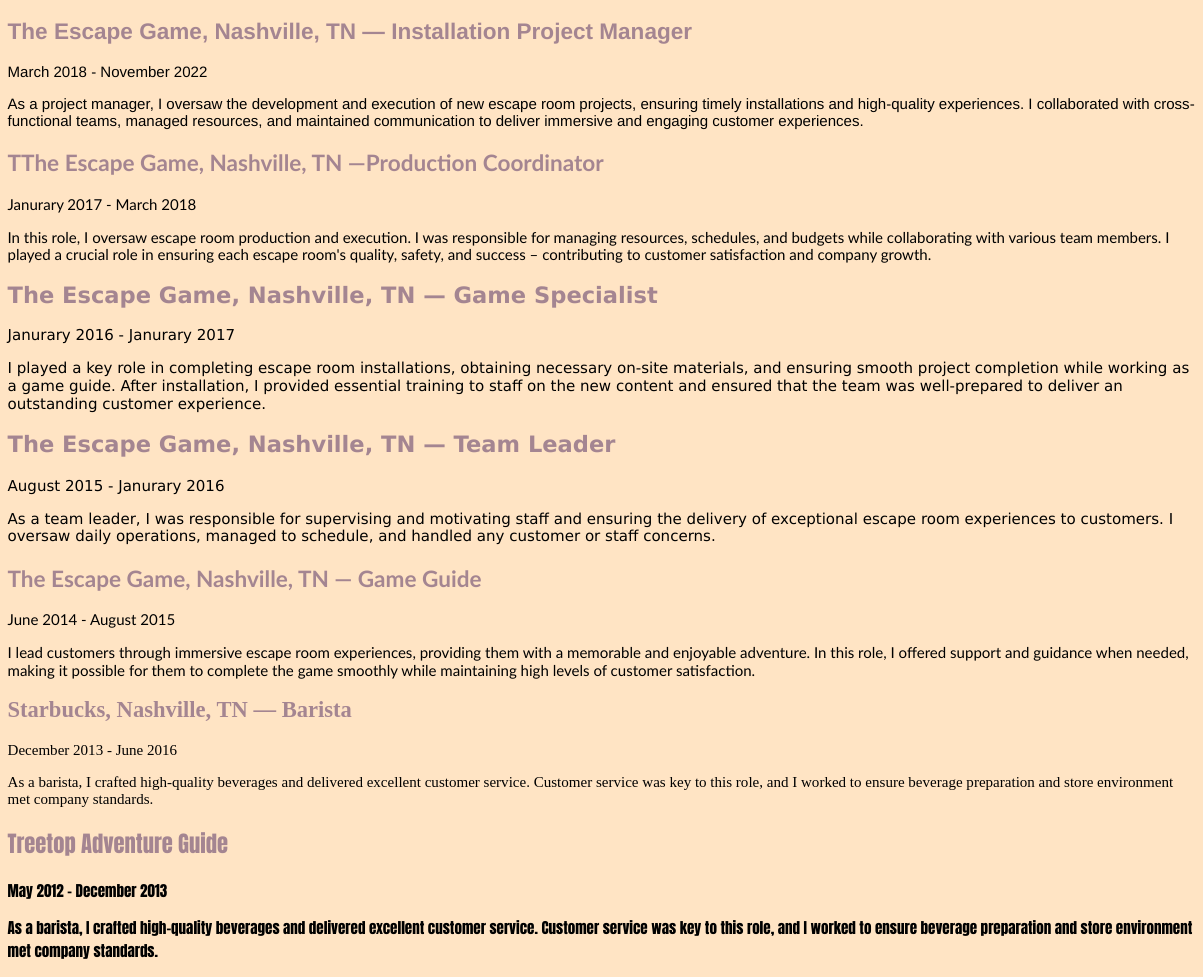
Repository: jgramirez0210/LAB-HTML-Resume
Page: index.html
These files come from the project's save history. The page is drawn as it stood at one moment and after a run of saves; the edit follows.
The browser window is 1280 px wide. The pictures show the whole page, at 94% of full size.

Above is the page before, as saved 2023-10-10 15:28:55.

### index.html
<!DOCTYPE html>
<html lang="en">
<head>
  <meta charset="UTF-8">
  <meta name="viewport" content="width=device-width, initial-scale=1.0">
  <title>Jesse's Work Experience</title>
  <link rel="stylesheet" href="main.css">
</head>
<body>
  <article id="job7">
    <h2>The Escape Game, Nashville, TN — Installation Project Manager </h2>
    <time datetime="2018-03" >March 2018</time> - <time datetime="2022-10" >November 2022</time></time>
    <p>As a project manager, I oversaw the development and execution of new escape room projects, ensuring timely installations and high-quality experiences. I collaborated with cross-functional teams, managed resources, and maintained communication to deliver immersive and engaging customer experiences.</p>
  </article>
  <article id="job6">
    <h2>TThe Escape Game, Nashville, TN —Production Coordinator</h2>
    <time datetime="2017-01" >Janurary 2017</time> - <time datetime="2018-3" >March 2018</time></time>
    <p>In this role, I oversaw escape room production and execution. I was responsible for managing resources, schedules, and budgets while collaborating with various team members. I played a crucial role in ensuring each escape room's quality, safety, and success – contributing to customer satisfaction and company growth.
    </p>
  </article>
  <article id="job5">
    <h2>The Escape Game, Nashville, TN — Game Specialist</h2>
    <time datetime="2016-01" >Janurary 2016</time> - <time datetime="2017-01" >Janurary 2017</time></time>
    <p>I played a key role in completing escape room installations, obtaining necessary on-site materials, and ensuring smooth project completion while working as a game guide. After installation, I provided essential training to staff on the new content and ensured that the team was well-prepared to deliver an outstanding customer experience.
    </p>
  </article>
  <article id="job4">
    <h2>The Escape Game, Nashville, TN — Team Leader</h2>
    <time datetime="2015-0" >August 2015</time> - <time datetime="2016-01" >Janurary 2016</time></time>
    <p>As a team leader, I was responsible for supervising and motivating staff and ensuring the delivery of exceptional escape room experiences to customers. I oversaw daily operations, managed to schedule, and handled any customer or staff concerns.
    </p>
  </article>
  <article id="job3">
    <h2>The Escape Game, Nashville, TN — Game Guide</h2>
    <time datetime="2014-06" >June 2014</time> - <time datetime="2015-08" >August 2015</time></time>
    <p>I lead customers through immersive escape room experiences, providing them with a memorable and enjoyable adventure. In this role, I offered support and guidance when needed, making it possible for them to complete the game smoothly while maintaining high levels of customer satisfaction.
    </p>
  </article>
  <article id="job2">
    <h2>Starbucks, Nashville, TN — Barista</h2>
    <time datetime="2013-12" >December 2013</time> - <time datetime="2014-06" >June 2016</time></time>
    <p>As a barista, I crafted high-quality beverages and delivered excellent customer service. Customer service was key to this role, and I worked to ensure beverage preparation and store environment met company standards.
    </p>
  </article>
  <article id="job1">
    <h2>Treetop Adventure Guide</h2>
    <time datetime="2012-05" >May 2012</time> - <time datetime="2013-12" >December 2013</time></time>
    <p>As a barista, I crafted high-quality beverages and delivered excellent customer service. Customer service was key to this role, and I worked to ensure beverage preparation and store environment met company standards.
    </p>
  </article>
  <script src="main.js"></script>
</body>
</html>

### main.css
#job7 {
  font-family:'Franklin Gothic Medium', 'Arial Narrow', Arial, sans-serif;
}
#job6 {
  font-family:'Gill Sans', 'Gill Sans MT', Calibri, 'Trebuchet MS', sans-serif;
}
#job5 {
  font-family:'Lucida Sans', 'Lucida Sans Regular', 'Lucida Grande', 'Lucida Sans Unicode', Geneva, Verdana, sans-serif;
}
#job4 {
  font-family:Verdana, Geneva, Tahoma, sans-serif;
}
#job3 {
  font-family:'Trebuchet MS', 'Lucida Sans Unicode', 'Lucida Grande', 'Lucida Sans', Arial, sans-serif;
}
#job2 {
  font-family:'Times New Roman', Times, serif;
}
#job1 {
  font-family:Impact, Haettenschweiler, 'Arial Narrow Bold', sans-serif
}
h2 {
  color:#5368;
}
body {
background-color: bisque;
}

Loaded but not shown: main.js (no stored copy; drawn as an empty file)

After the next 3 saves:
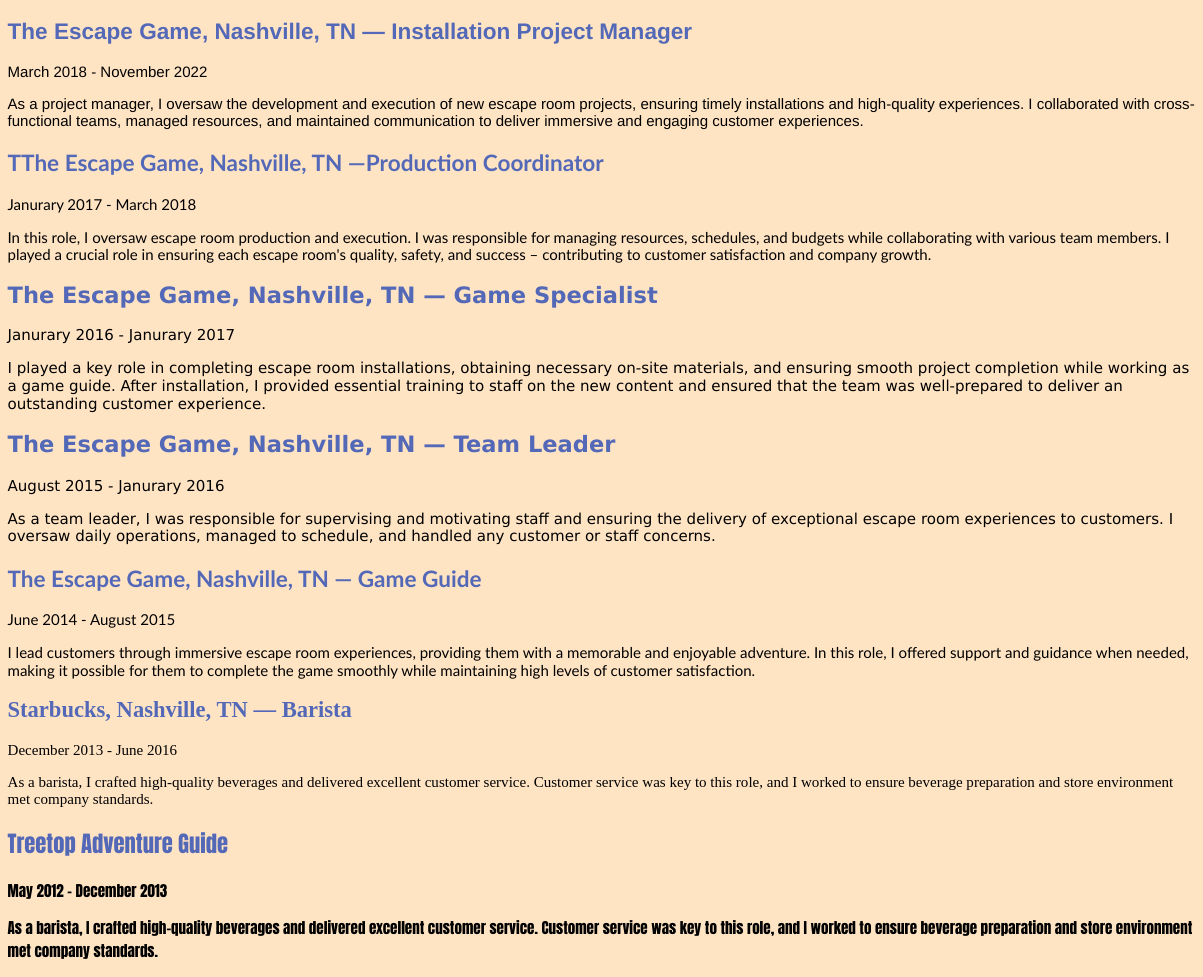
The 3 saves are shown as one change because they came seconds apart.
The last was saved 8 s later.
--- a/main.css
+++ b/main.css
@@ -20,7 +20,7 @@
   font-family:Impact, Haettenschweiler, 'Arial Narrow Bold', sans-serif
 }
 h2 {
-  color:#5368;
+  color: #5368b7;;
 }
 body {
 background-color: bisque;
